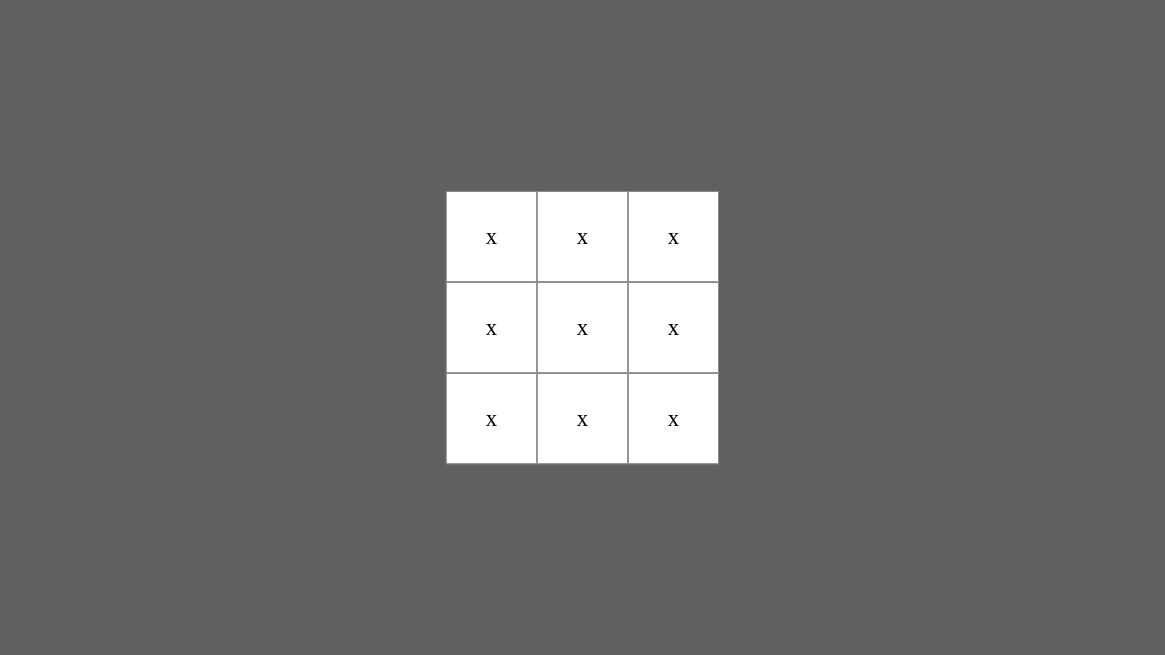
Repository: Minkeani/TIC-TAC_TOE
Page: /
An editor plug-in stored every save of this project. The page is shown before and after the next save, followed by the edit.
The browser window is 1280 px wide. The pictures show the whole page, at 91% of full size.
Some web fonts or font styles are not loaded; a fallback is used. The project was rebuilt for these pictures with package versions that can differ from the ones it lists, and the page was loaded fresh each time.

Above is the page before, as saved 2022-05-22 12:51:28.

### public/index.html
<!DOCTYPE html>
<html lang="en">
  <head>
    <meta charset="utf-8" />
    <link rel="icon" href="%PUBLIC_URL%/favicon.ico" />
    <meta name="viewport" content="width=device-width, initial-scale=1" />
    <title>React App</title>
    <link rel="preconnect" href="https://fonts.googleapis.com">
<link rel="preconnect" href="https://fonts.gstatic.com" crossorigin>
<link href="https://fonts.googleapis.com/css2?family=Koulen&display=swap" rel="stylesheet">
  </head>
  <body>
    <div id="root"></div>
  </body>
</html>

### src/index.css
* {
  font-family: 'Koulen', cursive;
  margin: 0;
  padding: 0;
  box-sizing: border-box
}

### src/App.js
import './App.css';
import Game from './components/Game';

function App() {
  return (
    <div className="App">
     <Game/>
    </div>
  );
}

export default App;

### src/components/Game.jsx
import React from 'react'
import './Game.css'
import Board from './Board'

export default function Game() {
  return (
    <div className='wrapper'>
      <Board/>
    </div>
  )
}

### src/components/Game.css
.wrapper {
    min-height: 100vh;
    width: 100%;
    background: #606060;
    display: flex;
    align-items: center;
    justify-content: center;
    flex-direction: column
}

### src/components/Board.jsx
import React from 'react'
import './Board.css'
import Square from './Square'

export default function Board() {
  return (
    <div className='board'>
      <Square/>
      <Square/>
      <Square/>
      <Square/>
      <Square/>
      <Square/>
      <Square/>
      <Square/>
      <Square/>
    </div>
  )
}

### src/components/Board.css
.board {
    width: 300px;
    height: 300px;
    background-color: red
}

### src/components/Square.jsx
import React from 'react'
import './Square.css'

export default function Square() {
  return (
    <button className='square'>
      x
    </button>
  )
}

### src/components/Square.css
.square {
    width: 100px;
    height: 100px;
    background: white;
    border: 1px solid gray;
    cursor: pointer;
    outline: none;
    align-items: center;
    font-size: 25px;
    justify-content: center;
    display; flex
}

Loaded but not shown: src/index.js (common file); src/App.css (common file)

After the next save:
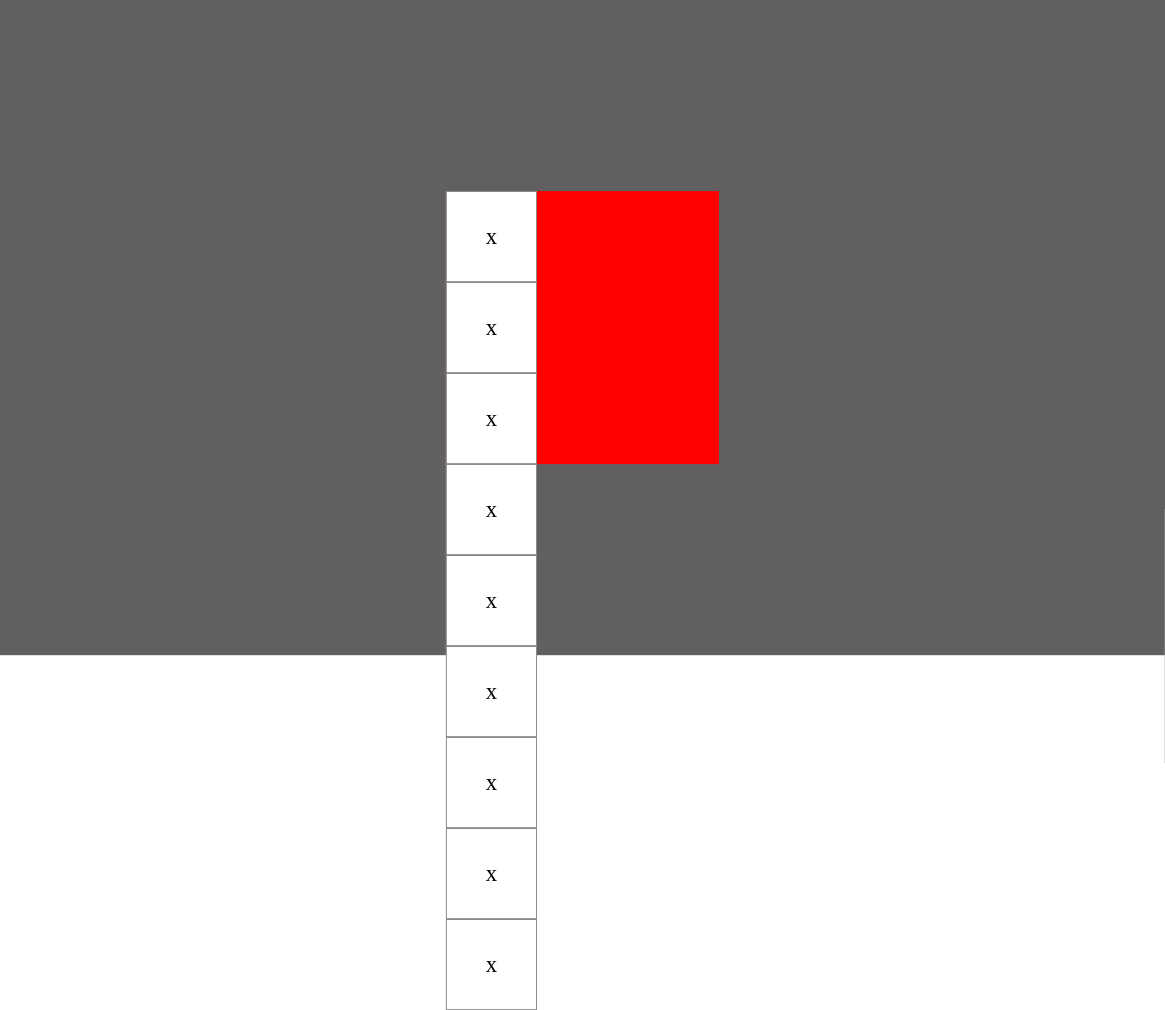
Saved 5 s later.
--- a/src/components/Square.css
+++ b/src/components/Square.css
@@ -8,5 +8,5 @@
     align-items: center;
     font-size: 25px;
     justify-content: center;
-    display; flex
+    display: flex
 }
